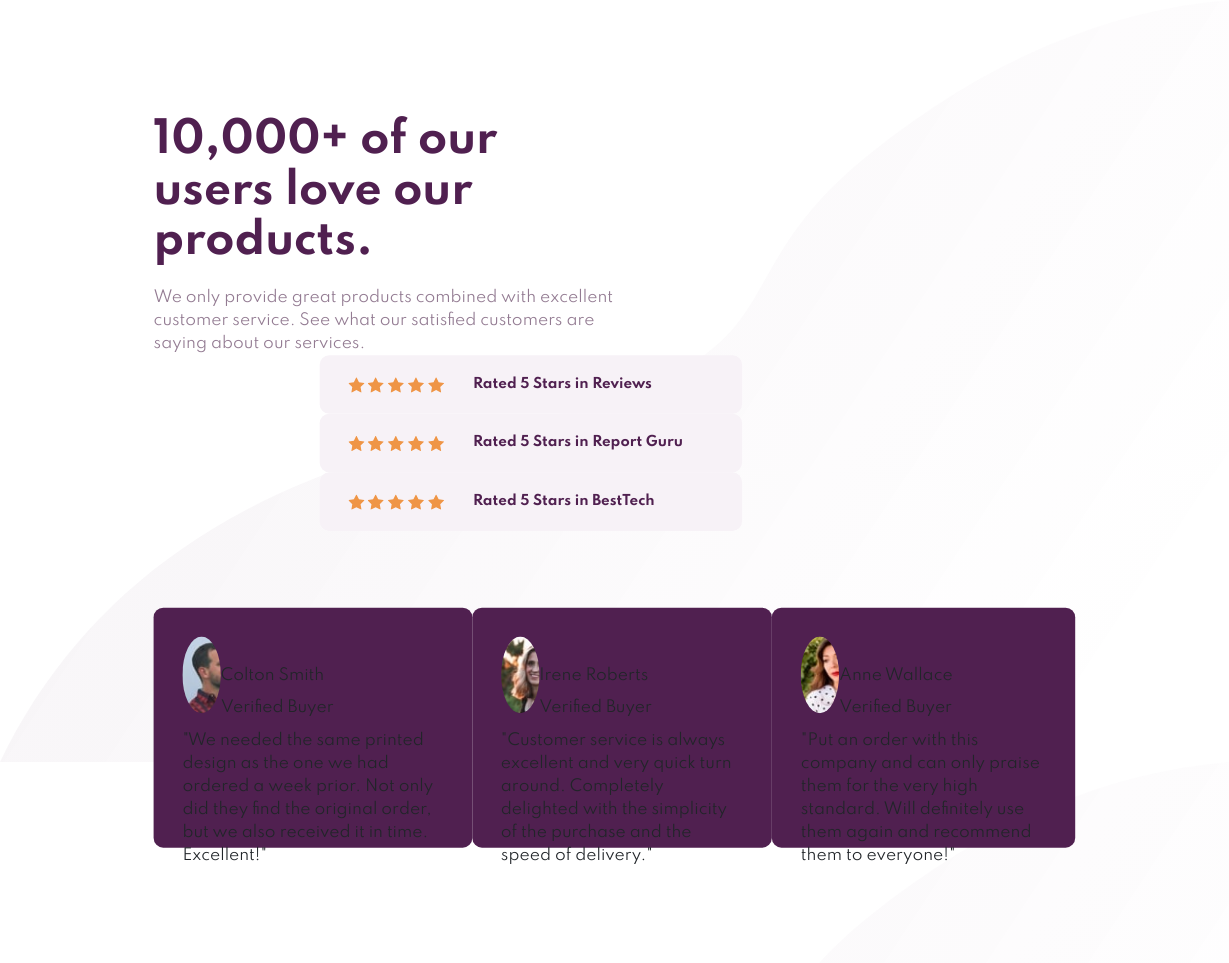
Repository: metehankasapp/social-proof-section-master
Page: index.html
The author's editor kept a copy of each file at every save. The page is drawn from the files as they stood at one save, then again after the next save.
The browser window is 1280 px wide. The pictures show the whole page, at 96% of full size.
Some web libraries are served in a nearby version.

Above is the page before, as saved 2021-12-05 08:32:17.

### index.html
<!DOCTYPE html>
<html lang="en">

<head>
  <meta charset="UTF-8" />
  <meta name="viewport" content="width=device-width, initial-scale=1.0" />

  <title>Frontend Mentor | Social proof section</title>
  <link rel="preconnect" href="https://fonts.googleapis.com" />
  <link rel="preconnect" href="https://fonts.gstatic.com" crossorigin />
  <link href="https://fonts.googleapis.com/css2?family=Spartan:wght@100;200;300;400;500;600;700;800;900&display=swap"
    rel="stylesheet" />
  <link href="https://cdn.jsdelivr.net/npm/bootstrap@5.1.3/dist/css/bootstrap.min.css" rel="stylesheet"
    integrity="sha384-1BmE4kWBq78iYhFldvKuhfTAU6auU8tT94WrHftjDbrCEXSU1oBoqyl2QvZ6jIW3" crossorigin="anonymous" />
  <link rel="stylesheet" href="style.css" />
</head>

<body>
  <div class="main-ctr">
    <div class="w-100 row p-0 header-ctr">
      <div class="col-12 col-lg-6 header-area">
        <div class="header-purple">
          <h5>10,000+ of our users love our products.</h5>
        </div>

        <p class="m-0 header-text">
          We only provide great products combined with excellent customer
          service. See what our satisfied customers are saying about our
          services.
        </p>
      </div>

      <div class="
            col-12 col-lg-6
            second-col
            d-flex
            justify-content-between
            align-items-baseline
            flex-column
          ">
        <div class="rate-container">
          <div class="stars">
            <img src="images/icon-star.svg" alt="" />
            <img src="images/icon-star.svg" alt="" />

            <img src="images/icon-star.svg" alt="" />
            <img src="images/icon-star.svg" alt="" />
            <img src="images/icon-star.svg" alt="" />
          </div>
          <p class="m-0">Rated 5 Stars in Reviews</p>
        </div>
        <div class="rate-container">
          <div class="stars">
            <img src="images/icon-star.svg" alt="" />
            <img src="images/icon-star.svg" alt="" />

            <img src="images/icon-star.svg" alt="" />
            <img src="images/icon-star.svg" alt="" />
            <img src="images/icon-star.svg" alt="" />
          </div>
          <p class="m-0">Rated 5 Stars in Report Guru</p>
        </div>
        <div class="rate-container">
          <div class="stars">
            <img src="images/icon-star.svg" alt="" />
            <img src="images/icon-star.svg" alt="" />

            <img src="images/icon-star.svg" alt="" />
            <img src="images/icon-star.svg" alt="" />
            <img src="images/icon-star.svg" alt="" />
          </div>
          <p class="m-0">Rated 5 Stars in BestTech</p>
        </div>
      </div>
    </div>

    <div class="
          w-100
          m-0
          p-0
          d-flex
          flex-column flex-lg-row
          justify-content-between
          align-items-baseline
        ">
      <div class="card-item">
        <div class="card-headerr d-flex flex-row">
          <div class="card-img">
            <img src="images/image-colton.jpg" alt="" />
          </div>
          <div class="card-text">
            <p class="card-fs">Colton Smith</p>
            <p class="card-job">Verified Buyer</p>
          </div>
        </div>
        <div class="card-second">
          <p>
            "We needed the same printed design as the one we had ordered a
            week prior. Not only did they find the original order, but we also
            received it in time. Excellent!"
          </p>
        </div>
      </div>

      <div class="card-item">
        <div class="card-headerr">
          <div class="card-img">
            <img src="images/image-irene.jpg" alt="" />
          </div>
          <div class="card-text">
            <p class="card-fs">Irene Roberts</p>
            <p class="card-job">Verified Buyer</p>
          </div>
        </div>
        <div class="card-second">
          <p>
            "Customer service is always excellent and very quick turn around.
            Completely delighted with the simplicity of the purchase and the
            speed of delivery."
          </p>
        </div>
      </div>

      <div class="card-item">
        <div class="card-headerr">
          <div class="card-img">
            <img src="images/image-anne.jpg" alt="" />
          </div>
          <div class="card-text">
            <p class="card-fs">Anne Wallace</p>
            <p class="card-job">Verified Buyer</p>
          </div>
        </div>
        <div class="card-second">
          <p>
            "Put an order with this company and can only praise them for the
            very high standard. Will definitely use them again and recommend
            them to everyone!"
          </p>
        </div>
      </div>
    </div>
  </div>

  <script src="https://cdn.jsdelivr.net/npm/bootstrap@5.1.3/dist/js/bootstrap.bundle.min.js"
    integrity="sha384-ka7Sk0Gln4gmtz2MlQnikT1wXgYsOg+OMhuP+IlRH9sENBO0LRn5q+8nbTov4+1p" crossorigin="anonymous">
  </script>
  <script src="https://cdn.jsdelivr.net/npm/@popperjs/core@2.10.2/dist/umd/popper.min.js"
    integrity="sha384-7+zCNj/IqJ95wo16oMtfsKbZ9ccEh31eOz1HGyDuCQ6wgnyJNSYdrPa03rtR1zdB" crossorigin="anonymous">
  </script>
  <script src="https://cdn.jsdelivr.net/npm/bootstrap@5.1.3/dist/js/bootstrap.min.js"
    integrity="sha384-QJHtvGhmr9XOIpI6YVutG+2QOK9T+ZnN4kzFN1RtK3zEFEIsxhlmWl5/YESvpZ13" crossorigin="anonymous">
  </script>
</body>

</html>

### style.css
*{
    margin: 0;
    padding: 0;
    box-sizing: border-box;
}


html{
    font-size: 10px;
}

body{
    background-image: url('images/bg-pattern-bottom-desktop.svg');
    background-size: cover;
    height: 100vh;
    font-size: 1.6rem;
    font-family: 'Spartan', sans-serif;
}

.main-ctr{
    padding: 12rem 16rem;
}

.second-col{
    padding-left: 100px;
}
.header-ctr{

    margin-bottom: 8rem;
}

.header-area{
    width: 500px;
}
.header-purple h5{
    font-weight: 700;
    font-size: 44px;
    color: hsl(300, 43%, 22%);
    margin-bottom: 2rem;
}

.header-text{

    font-size: 16px;
    color: hsl(303, 10%, 53%);
}

.rate-container{
    color: hsl(300, 43%, 22%);
    font-weight: 700;
    padding: 2rem 3rem;
    background-color: hsl(300, 24%, 96%);
    font-size: 14px;
    border-radius: 10px;
    width: 440px;
    display: flex;
    justify-content: baseline;
    align-items: baseline;
}

.rate-container:nth-child(2){
    margin-left: 4rem;
}
.rate-container:nth-child(3){
    margin-left: 8rem;
}

.stars {
    margin-right: 3rem;
}

.card-item{
    background-color: hsl(300, 43%, 22%);
    border-radius: 10px;
    padding: 3rem;
    max-width: 350px;
    height: 250px;
}

.card-headerr{
    display: flex;
    flex-direction: row;
    align-items: baseline;
    justify-content: baseline;
}

.card-text{
    display: flex;
    flex-direction: column;
}
.card-img{
    display: inline-block;
    border-radius: 50%;
    overflow: hidden;
    width: 40px !important;
}
.card-fs{

}

After the next save:
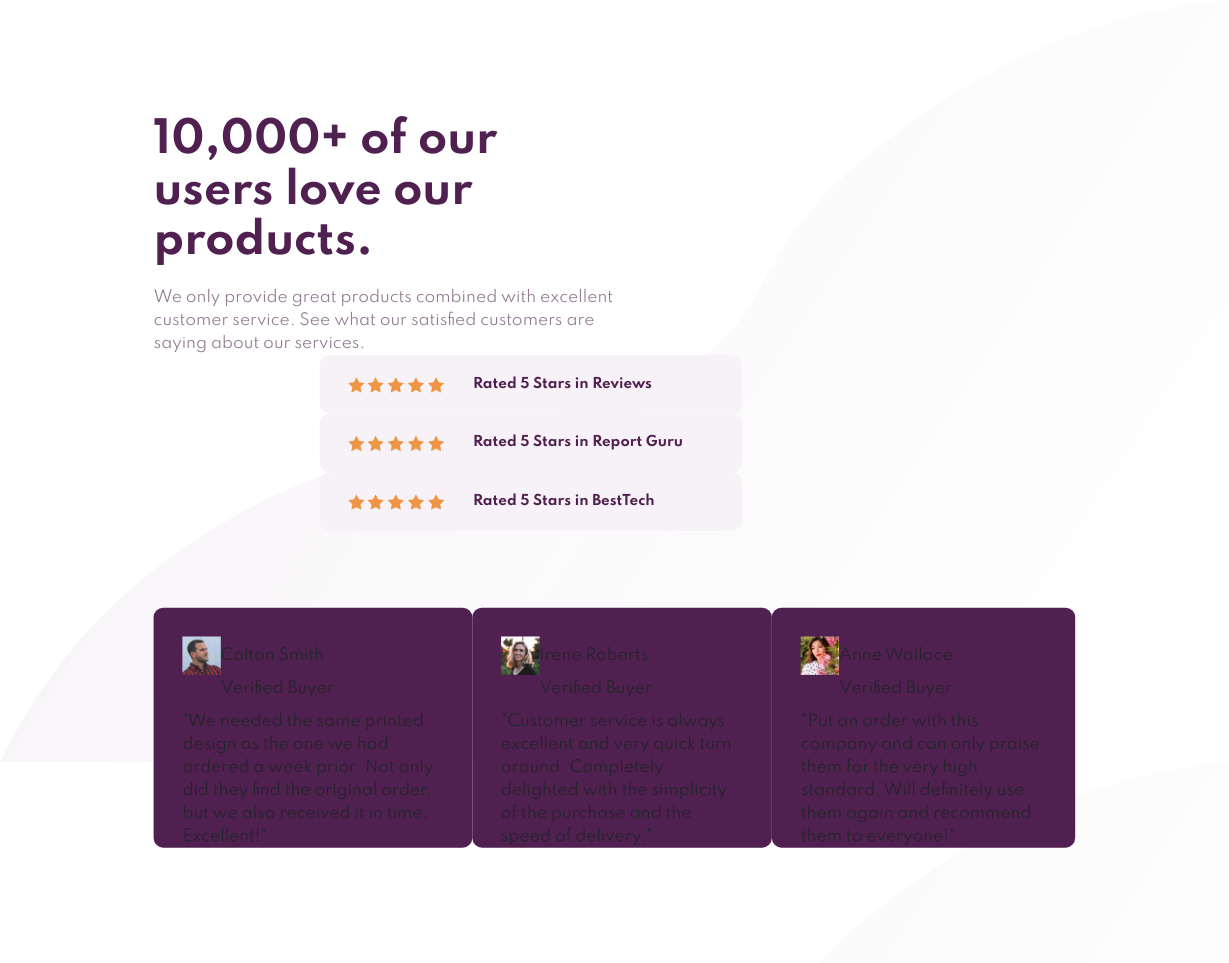
Saved 11 s later.
--- a/style.css
+++ b/style.css
@@ -91,8 +91,11 @@ body{
 .card-img{
     display: inline-block;
     border-radius: 50%;
-    overflow: hidden;
     width: 40px !important;
+}
+
+.card-item img{
+    width: 40px;
 }
 .card-fs{
 
